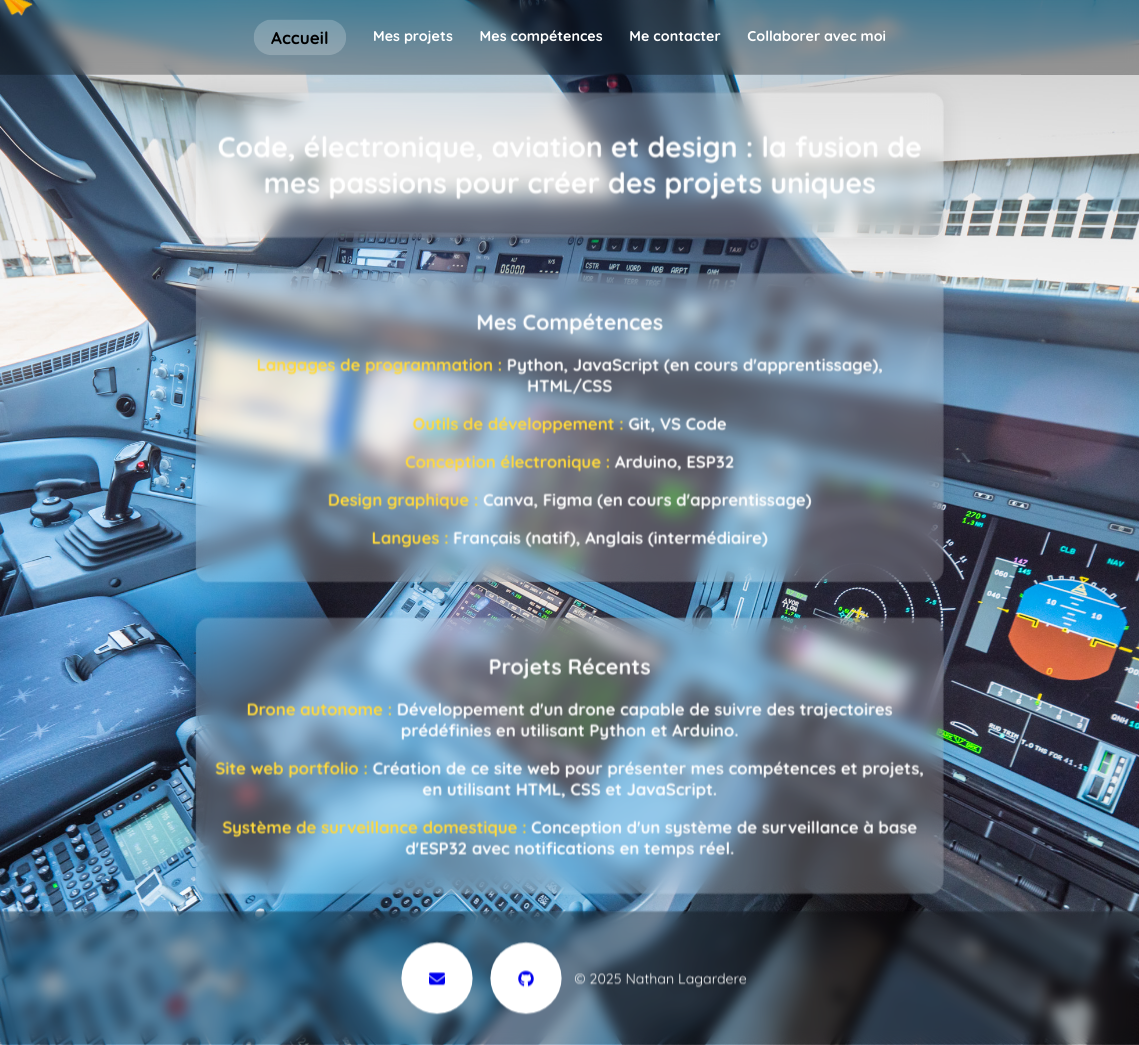
Repository: nlagardere/myportfolio
Page: index - Copie.html
An editor plug-in stored every save of this project. The page is shown before and after the next save, followed by the edit.
The browser window is 1280 px wide. The pictures show the whole page, at 89% of full size.

Above is the page before, as saved 2025-09-06 10:51:32.

After the next save:
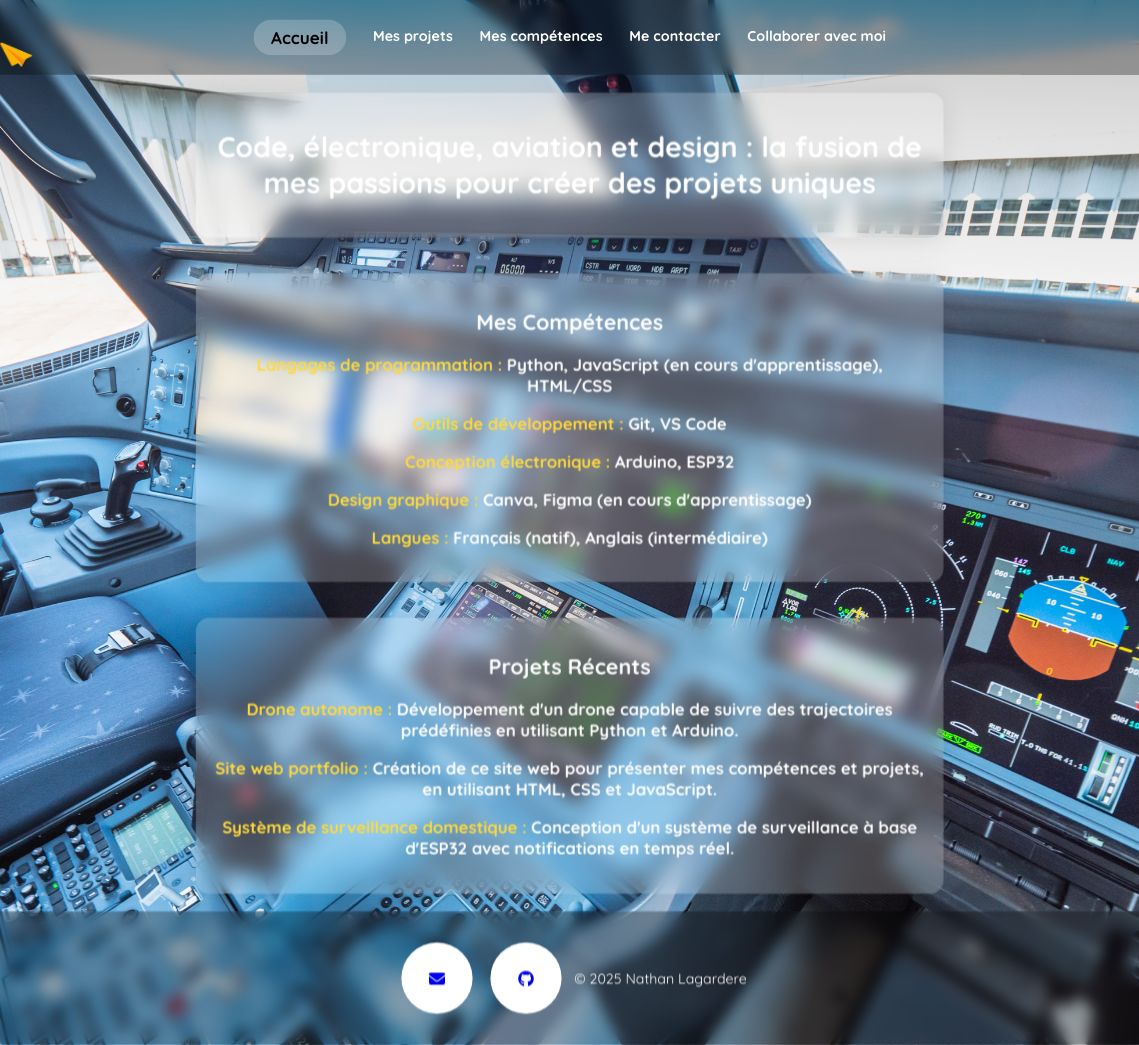
Saved 7 s later.
--- a/index - Copie.html
+++ b/index - Copie.html
@@ -198,7 +198,7 @@
   pointer-events: none; /* pour que le curseur ne bloque pas les clics */
   transform: translate(-50%, -50%);
   z-index: 9999;
-  transform: translate(-25%, -45%);
+  transform: translate(-25%, 45%);
 }
 
 
